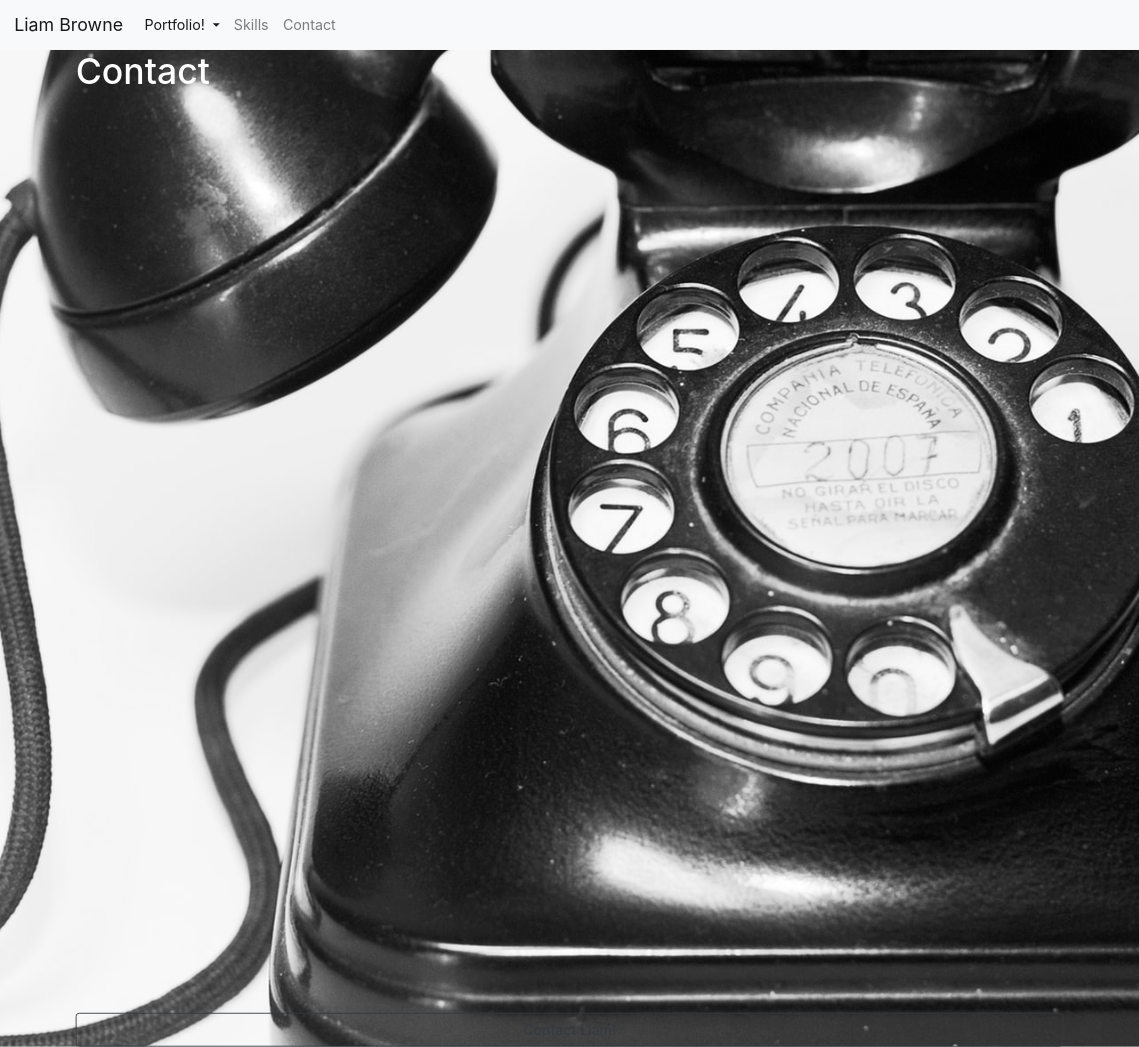
Repository: LiamB123/LiamBrowne.com.github.io
Page: contact.html
The author's editor kept a record of every edit. The page is drawn from the files as they stood at one moment, then again after the next edit.
The browser window is 1280 px wide. The pictures show the whole page, at 89% of full size.
Backgrounds fixed to the window are drawn as part of the page.

Above is the page before.

### contact.html
<!DOCTYPE html>
<html lang="en">

<head>
    <meta charset="UTF-8">
    <meta name="viewport" content="width=device-width, initial-scale=1.0">


    <meta http-equiv="X-UA-Compatible" content="ie=edge">

    <title>Liam Browne</title>

    <!--Boostrap Links for Css, Js and Jquery --->
    <link rel="stylesheet" href="https://stackpath.bootstrapcdn.com/bootstrap/4.4.1/css/bootstrap.min.css" integrity="sha384-Vkoo8x4CGsO3+Hhxv8T/Q5PaXtkKtu6ug5TOeNV6gBiFeWPGFN9MuhOf23Q9Ifjh" crossorigin="anonymous">

    <script src="https://code.jquery.com/jquery-3.4.1.slim.min.js" integrity="sha384-J6qa4849blE2+poT4WnyKhv5vZF5SrPo0iEjwBvKU7imGFAV0wwj1yYfoRSJoZ+n" crossorigin="anonymous"></script>
    <script src="https://cdn.jsdelivr.net/npm/popper.js@1.16.0/dist/umd/popper.min.js" integrity="sha384-Q6E9RHvbIyZFJoft+2mJbHaEWldlvI9IOYy5n3zV9zzTtmI3UksdQRVvoxMfooAo" crossorigin="anonymous"></script>
    <script src="https://stackpath.bootstrapcdn.com/bootstrap/4.4.1/js/bootstrap.min.js" integrity="sha384-wfSDF2E50Y2D1uUdj0O3uMBJnjuUD4Ih7YwaYd1iqfktj0Uod8GCExl3Og8ifwB6" crossorigin="anonymous"></script>


    <link rel="stylesheet" href="static/css/custom.css" type="text/css" />

</head>




<nav class="navbar navbar-expand-lg navbar-light bg-light">
    <a class="navbar-brand" href="index.html">Liam Browne </a>
    <button class="navbar-toggler" type="button" data-toggle="collapse" data-target="#navbarSupportedContent" aria-controls="navbarSupportedContent" aria-expanded="false" aria-label="Toggle navigation">
    <span class="navbar-toggler-icon"></span>
  </button>

    <div class="collapse navbar-collapse" id="navbarSupportedContent">
      <ul class="navbar-nav mr-auto">
        <li class="nav-item active nav-item dropdown">
          <a class="nav-link dropdown-toggle" href="" id="navbarDropdown" role="button" data-toggle="dropdown" aria-haspopup="true" aria-expanded="false">
          Portfolio!
        </a>
          <div class="dropdown-menu" aria-labelledby="navbarDropdown">
              <a class="dropdown-item"  href="portfolio.html">Take me there!</a>
            <a class="dropdown-item" target="_blank" href="https://liams-the-store.herokuapp.com/">E-Commerce</a>
            <a class="dropdown-item" target ="_blank" href="https://liams-booze.herokuapp.com/">Booze Clues</a>
            <div class="dropdown-divider"></div>
            <a class="dropdown-iitem" href="https://github.com/LiamB123/">

           Check out my GitHub</a>
          </div>
        </li>
        <a class="nav-link" href="Skills.html">Skills<span class="sr-only">(current)</span></a>
        </li>
        <li class="nav-item">
          <a class="nav-link" href="contact.html">Contact</a>
        </li>

      </ul>

    </div>
  </nav>

<div id="contact-img">
    <div class="container">



        <h1 class="white-lettering">
            Contact
        </h1>
        <div class="row row-flex">
            <div class="vertical-align-center">

            </div>
        </div>

        <!-- Button trigger modal -->
        <button type="button" class="btn btn-outline-dark btn-block tall " data-toggle="modal" data-target="#staticBackdrop">
    Contact Liam!
    </button>

        <!-- Modal -->
        <div class="modal fade" id="staticBackdrop" data-backdrop="static" tabindex="-1" role="dialog" aria-labelledby="staticBackdropLabel" aria-hidden="true">
            <div class="modal-dialog" role="document">
                <div class="modal-content">
                    <div class="modal-header">
                        <h5 class="modal-title" id="staticBackdropLabel">Just a few details so I can respond!</h5>
                        <button type="button" class="close" data-dismiss="modal" aria-label="Close">
          <span aria-hidden="true">&times;</span>
        </button>
                    </div>
                    <div class="modal-body">

                        <form>
                            <div class="form-group">
                                <label for="Email">Email address</label>
                                <input type="email" class="form-control" id="Email" placeholder="I will never share this information!">
                            </div>
                            <div class="form-group">
                                <label for="exampleFormControlSelect1">Is there a specific thing you want to talk about?</label>
                                <select class="form-control" id="exampleFormControlSelect1">
      <option>Just Saying Hi!</option>
      <option>Collaboration</option>
      <option>Business Opportunity</option>

    </select>
                            </div>

                            <div class="form-group">
                                <label for="exampleFormControlTextarea1">Message</label>
                                <textarea class="form-control" id="exampleFormControlTextarea1" rows="8"></textarea>
                            </div>
                            <button type="submit" class="btn btn-lg btn-outline-dark">Send!</button>
                        </form>
                    </div>
                    <div class="modal-footer">
                        <button type="button" class="btn btn-dark" data-dismiss="modal">Close</button>
                    </div>
                </div>
            </div>
        </div>
    </div>
</div>

### static/css/custom.css
/*Image Classes*/


#contact-img {
    min-height: 100vh;
    min-width: 100%;
    z-index: -1;
    background-image: url("../img/telephone.jpg");
    background-repeat: no-repeat;
    background-position: center;
    background-attachment: fixed;
}


#title-img{
    background-attachment: fixed;
    background-image: url("../img/laptop.jpg");
    background-position: bottom;
    background-size: cover;
   min-height: 100vh;
    min-width: 100%;
    margin-bottom: 0px;
    z-index: -1;
}

.white-lettering{
    color: white;
}


.vertical-align-center{
    padding-top:70%;
    text-align: center;
    padding-bottom: 20%;
}

After the next edit:
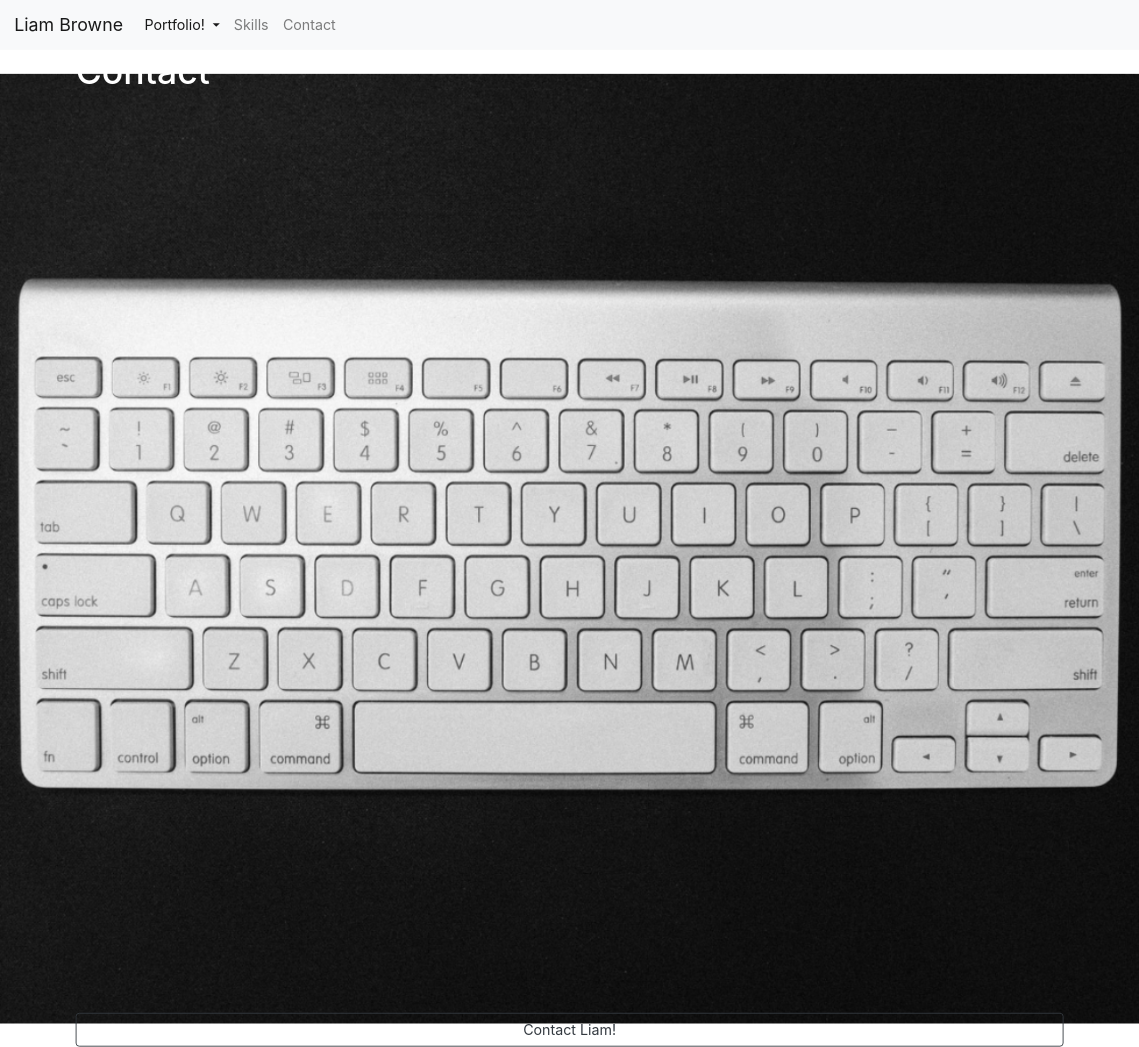
The edit:
--- a/static/css/custom.css
+++ b/static/css/custom.css
@@ -5,7 +5,7 @@
     min-height: 100vh;
     min-width: 100%;
     z-index: -1;
-    background-image: url("../img/telephone.jpg");
+    background-image: url("../img/keyboard.jpg");
     background-repeat: no-repeat;
     background-position: center;
     background-attachment: fixed;
